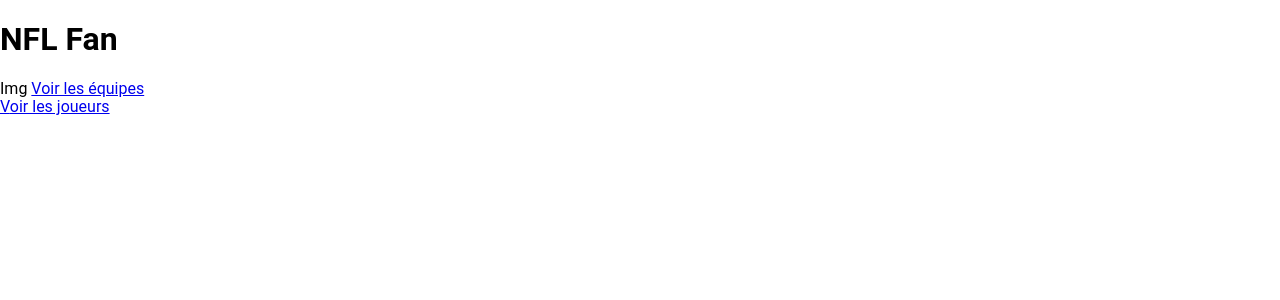
Repository: Cedric12850/nflFan
Page: http://localhost/
These files come from the project's save history. The page is drawn as it stood at one moment and after the next save; the edit follows.
The browser window is 1280 px wide. The pictures show the whole page.
The page is served by the project's application, run on Django 5.2 (manage.py). Other server files are loaded and not shown.

Above is the page before, as saved 2024-11-25 11:21:51.

### nflFan/templates/index.html
{% extends 'base.html' %}

{% block content %}

<h1> NFL Fan </h1>
<div>
    img
    <a href="{% url 'teams_index' %}">Voir les équipes</a>
</div>
<div>
    <a href="{% url 'players_index' %}">Voir les joueurs</a>
</div>
{% endblock %}

### nflFan/templates/base.html
{% load static %}
<!DOCTYPE html>
<html lang="fr">
<head>
    <meta charset="UTF-8">
    <meta name="viewport" content="width=device-width, initial-scale=1.0">
    <title>NFL Fan</title>
    <link rel="stylesheet" href="https://cdnjs.cloudflare.com/ajax/libs/normalize/8.0.1/normalize.css" integrity="sha512-oHDEc8Xed4hiW6CxD7qjbnI+B07vDdX7hEPTvn9pSZO1bcRqHp8mj9pyr+8RVC2GmtEfI2Bi9Ke9Ass0as+zpg==" crossorigin="anonymous" referrerpolicy="no-referrer" />
    <link rel="stylesheet" href="{% static 'css/styles.css' %}">
</head>
<body>
    <main class="container">
        {% block content %}
        {% endblock %}
    </main>
</body>
</html>

### nflFan/views.py
from django.shortcuts import render


# Create your views here.
def home(request):
    return render(request,'index.html')

### nflFan/urls.py
"""
URL configuration for nflFan project.

The `urlpatterns` list routes URLs to views. For more information please see:
    https://docs.djangoproject.com/en/5.1/topics/http/urls/
Examples:
Function views
    1. Add an import:  from my_app import views
    2. Add a URL to urlpatterns:  path('', views.home, name='home')
Class-based views
    1. Add an import:  from other_app.views import Home
    2. Add a URL to urlpatterns:  path('', Home.as_view(), name='home')
Including another URLconf
    1. Import the include() function: from django.urls import include, path
    2. Add a URL to urlpatterns:  path('blog/', include('blog.urls'))
"""
from django.conf.urls.static import static
from django.contrib import admin
from django.urls import include, path

from nflFan import settings
from nflFan import views

urlpatterns = [
    path('', views.home, name='home'),
    path('', include('team.urls')),
    path('', include('players.urls')),
    path('admin/', admin.site.urls),
] + static(settings.MEDIA_URL, document_root=settings.MEDIA_ROOT)

### team/urls.py
#teams/urls.py
from django.urls import path
from . import views

urlpatterns = [
    path('teams/', views.teams_index, name='teams_index')
]

### players/urls.py
#players/urls.py
from django.urls import path
from . import views

urlpatterns = [
    path('players/', views.players_index, name='players_index')
]

### nflFan/static/css/styles.css
html {
    box-sizing: border-box;
    font-family: "roboto";
}

*, *:after, *:before {
    box-sizing: inherit;
    margin: 0;
    padding: 0;
}

*::first-letter {
    text-transform: capitalize;
}

/* ----- Team View */
.teamView{
    display: flex;
    flex-wrap: wrap;
}
.teamCard{
    border: 2px, solid, black;
    margin: 1rem 1rem 1rem 1rem;
    width: 100%;
}
.cardHeader>img{
    width: 100%;
}

/* ----- End Team View */


/* ----- Responsive screen > 768px */
@media screen and (min-width: 768px) {
    .teamCard{
        width:46%
    }

}
/* ----- End Responsive screen > 768px */

/* ----- Responsive screen > 992px */
@media screen and (min-width: 992px) {
    .teamCard{
        width:30%
    }

}
/* ----- End Responsive screen > 992px */

/* ----- Responsive screen > 1200px */
@media screen and (min-width: 1200px) {
    .teamCard{
        width: 10%
    }

}
/* ----- End Responsive screen > 1200px */

After the next save:
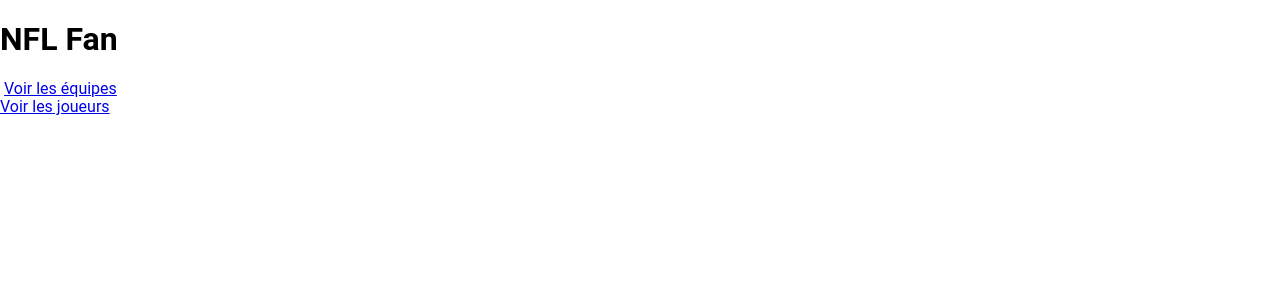
Saved 7 s later.
--- a/nflFan/templates/index.html
+++ b/nflFan/templates/index.html
@@ -4,7 +4,7 @@
 
 <h1> NFL Fan </h1>
 <div>
-    img
+    <img src="" alt="">
     <a href="{% url 'teams_index' %}">Voir les équipes</a>
 </div>
 <div>
